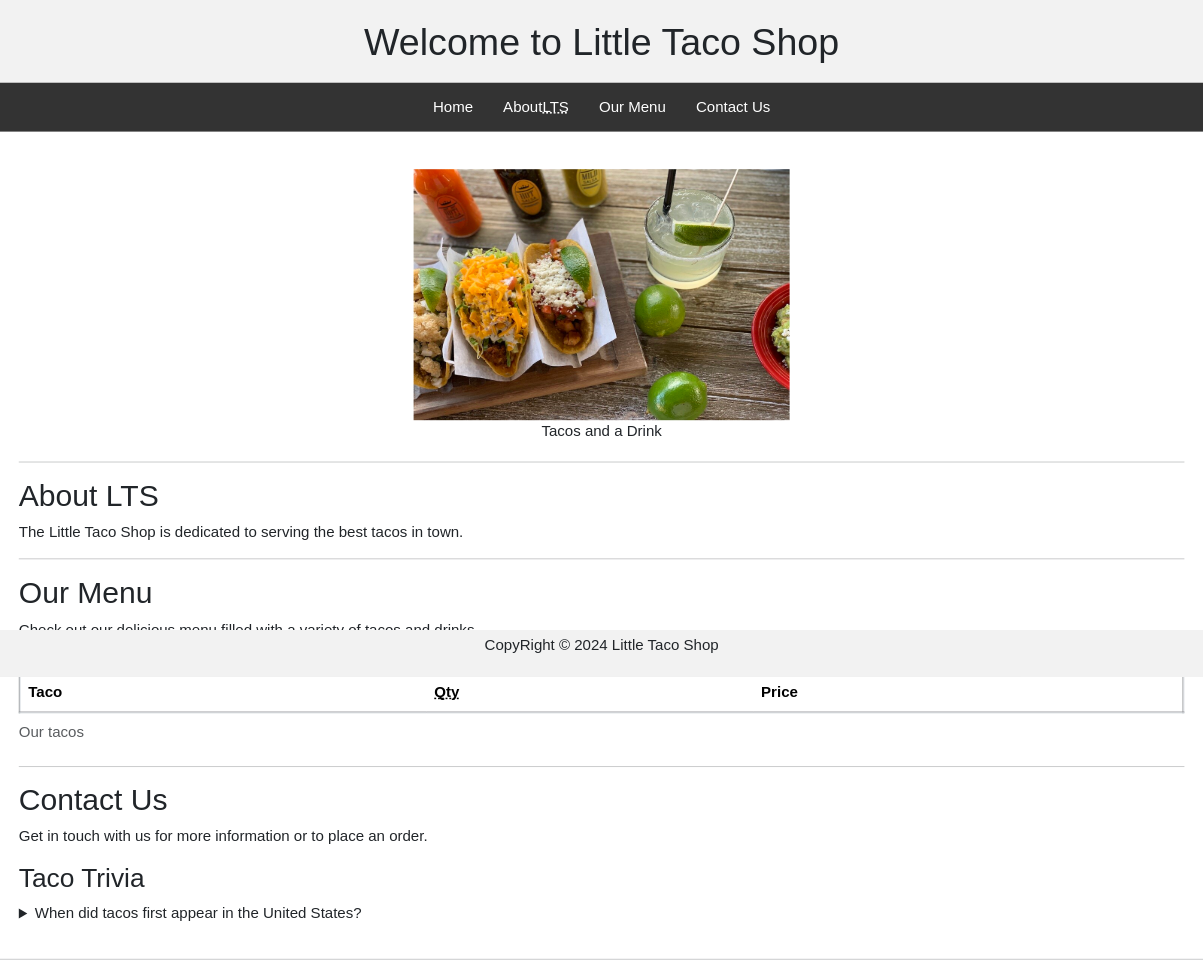
Repository: cavidk/taco_shop-web
Page: html basics/index.html
The author's editor kept a copy of each file at every save. The page is drawn from the files as they stood at one save, then again after the next save.
The browser window is 1280 px wide. The pictures show the whole page, at 94% of full size.

Above is the page before, as saved 2024-06-11 10:43:06.

After the next save:
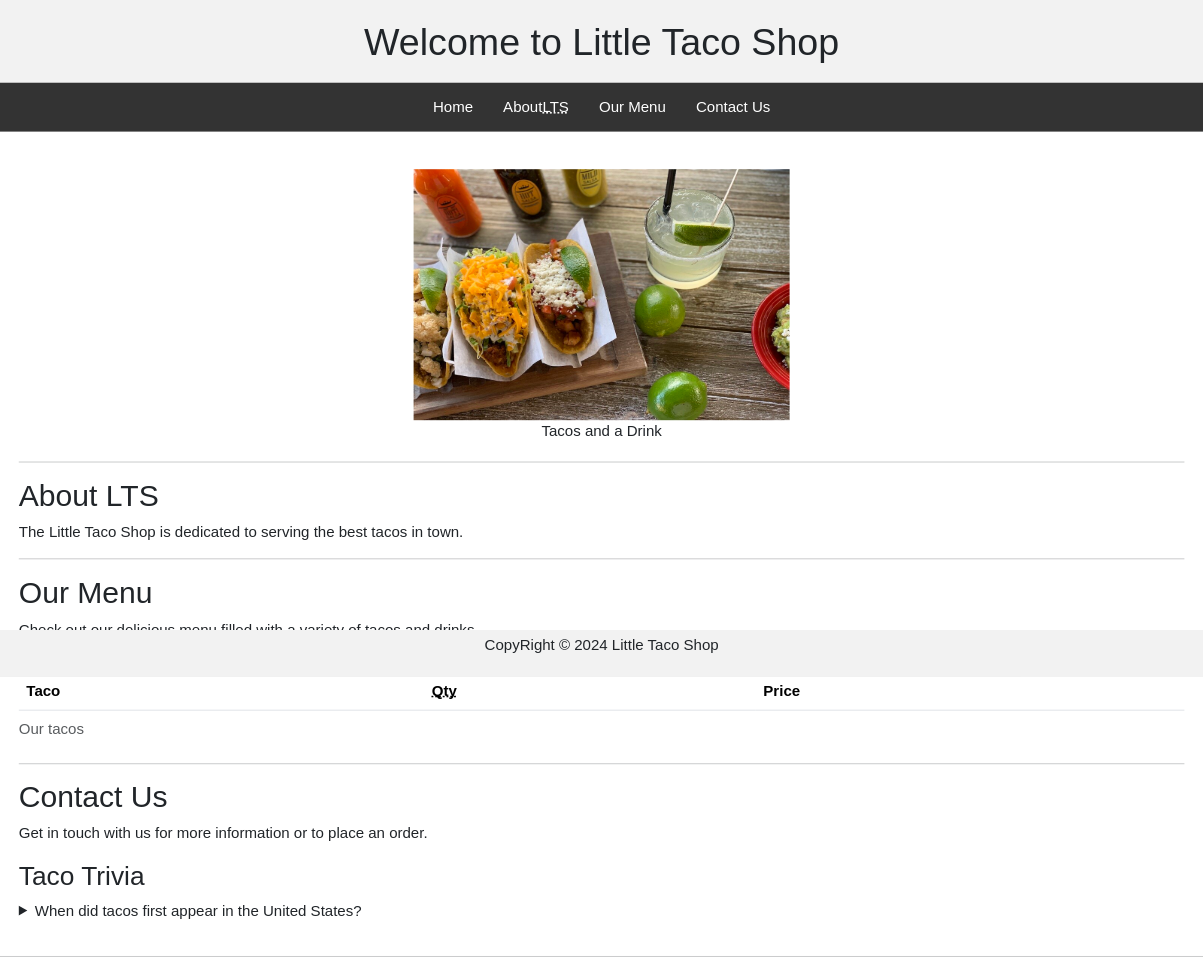
Saved 20 s later.
--- a/html basics/index.html
+++ b/html basics/index.html
@@ -51,7 +51,7 @@
 
             <hr>
             <article id="menu">
-               <table border="2" class="table table-hover">
+               <table class="table table-hover">
                   <caption>Our tacos</caption>
                   <thead>
                      <tr>
